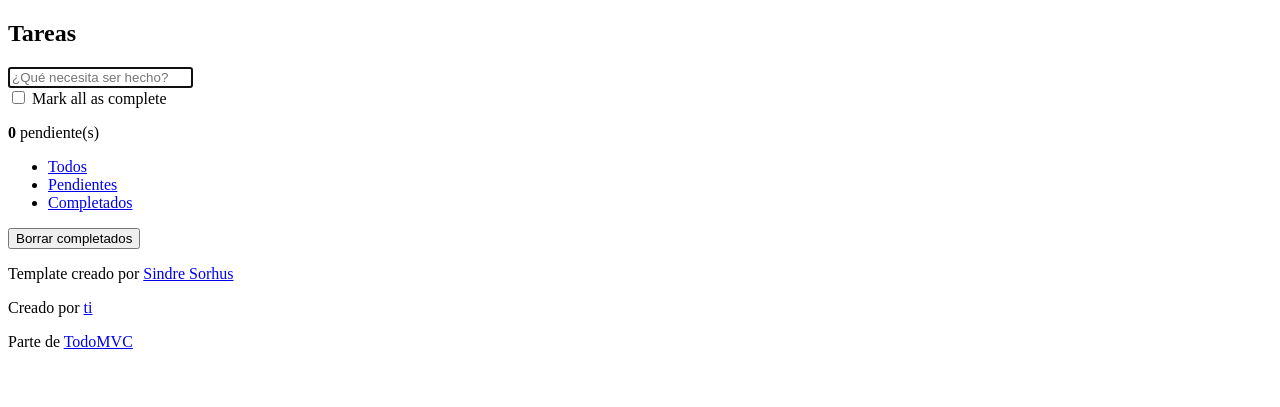
Repository: osneida/lista-tareas-curso-javascript
Page: src/index.html
An editor plug-in stored every save of this project. The page is shown before and after the next save, followed by the edit.
The browser window is 1280 px wide. The pictures show the whole page.

Above is the page before, as saved 2021-08-03 22:20:33.

### src/index.html
<!doctype html>
<html lang="es">
	<head>
		<meta charset="utf-8">
		<meta name="viewport" content="width=device-width, initial-scale=1">
		<title>Template • TodoMVC</title>
	</head>
	<body>
		<section class="todoapp">
			<header class="header">
				<h1>Tareas</h1>
				<input class="new-todo" placeholder="¿Qué necesita ser hecho?" autofocus>
			</header>
			<!-- This section should be hidden by default and shown when there are todos -->
			<section class="main">
				<input id="toggle-all" class="toggle-all" type="checkbox">
				<label for="toggle-all">Mark all as complete</label>
				<ul class="todo-list">
					<!-- These are here just to show the structure of the list items -->
					<!-- List items should get the class `editing` when editing and `completed` when marked as completed -->
					<!-- <li class="completed" data-id="abc">
						<div class="view">
							<input class="toggle" type="checkbox" checked>
							<label>Probar JavaScript</label>
							<button class="destroy"></button>
						</div>
						<input class="edit" value="Create a TodoMVC template">
					</li> -->
					<!-- <li>
						<div class="view">
							<input class="toggle" type="checkbox">
							<label>Comprar un unicornio</label>
							<button class="destroy"></button>
						</div>
						<input class="edit" value="Rule the web">
					</li> -->
				</ul>
			</section>
			<!-- This footer should hidden by default and shown when there are todos -->
			<footer class="footer">
				<!-- This should be `0 items left` by default -->
				<span class="todo-count"><strong>0</strong> pendiente(s)</span>
				<!-- Remove this if you don't implement routing -->
				<ul class="filters">
					<li>
						<a class="selected filtro" class="selected" href="#/">Todos</a>
					</li>
					<li>
						<a class="filtro" href="#/active">Pendientes</a>
					</li>
					<li>
						<a class="filtro" href="#/completed">Completados</a>
					</li>
				</ul>
				<!-- Hidden if no completed items are left ↓ -->
				<button class="clear-completed">Borrar completados</button>
			</footer>
		</section>
		<footer class="info">

			<p>Template creado por <a href="http://sindresorhus.com">Sindre Sorhus</a></p>
			<!-- Change this out with your name and url ↓ -->
			<p>Creado por <a href="http://todomvc.com">ti</a></p>
			<p>Parte de <a href="http://todomvc.com">TodoMVC</a></p>
		</footer>


	</body>
</html>

After the next save:
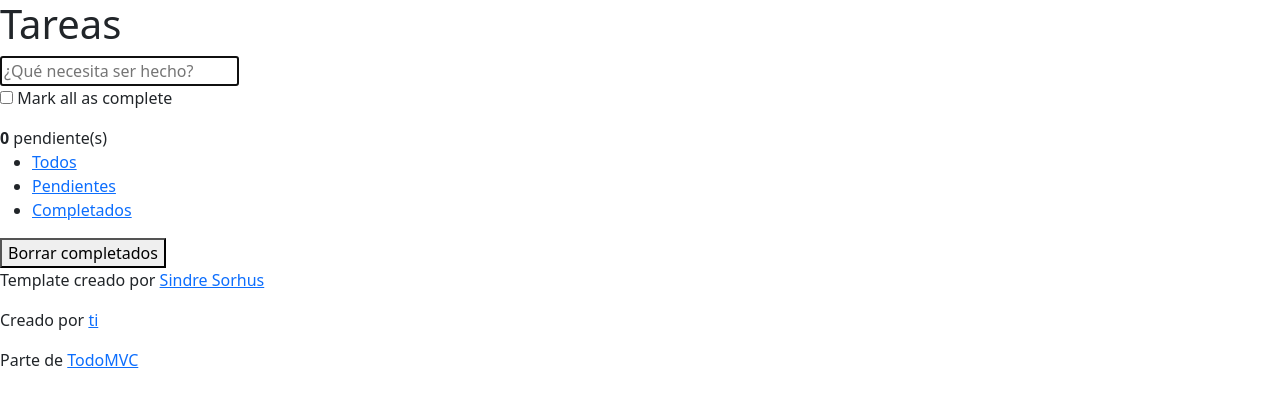
Saved 2 min 27 s later.
--- a/src/index.html
+++ b/src/index.html
@@ -3,6 +3,7 @@
 	<head>
 		<meta charset="utf-8">
 		<meta name="viewport" content="width=device-width, initial-scale=1">
+		<link href="https://cdn.jsdelivr.net/npm/bootstrap@5.0.2/dist/css/bootstrap.min.css" rel="stylesheet" integrity="sha384-EVSTQN3/azprG1Anm3QDgpJLIm9Nao0Yz1ztcQTwFspd3yD65VohhpuuCOmLASjC" crossorigin="anonymous">
 		<title>Template • TodoMVC</title>
 	</head>
 	<body>
